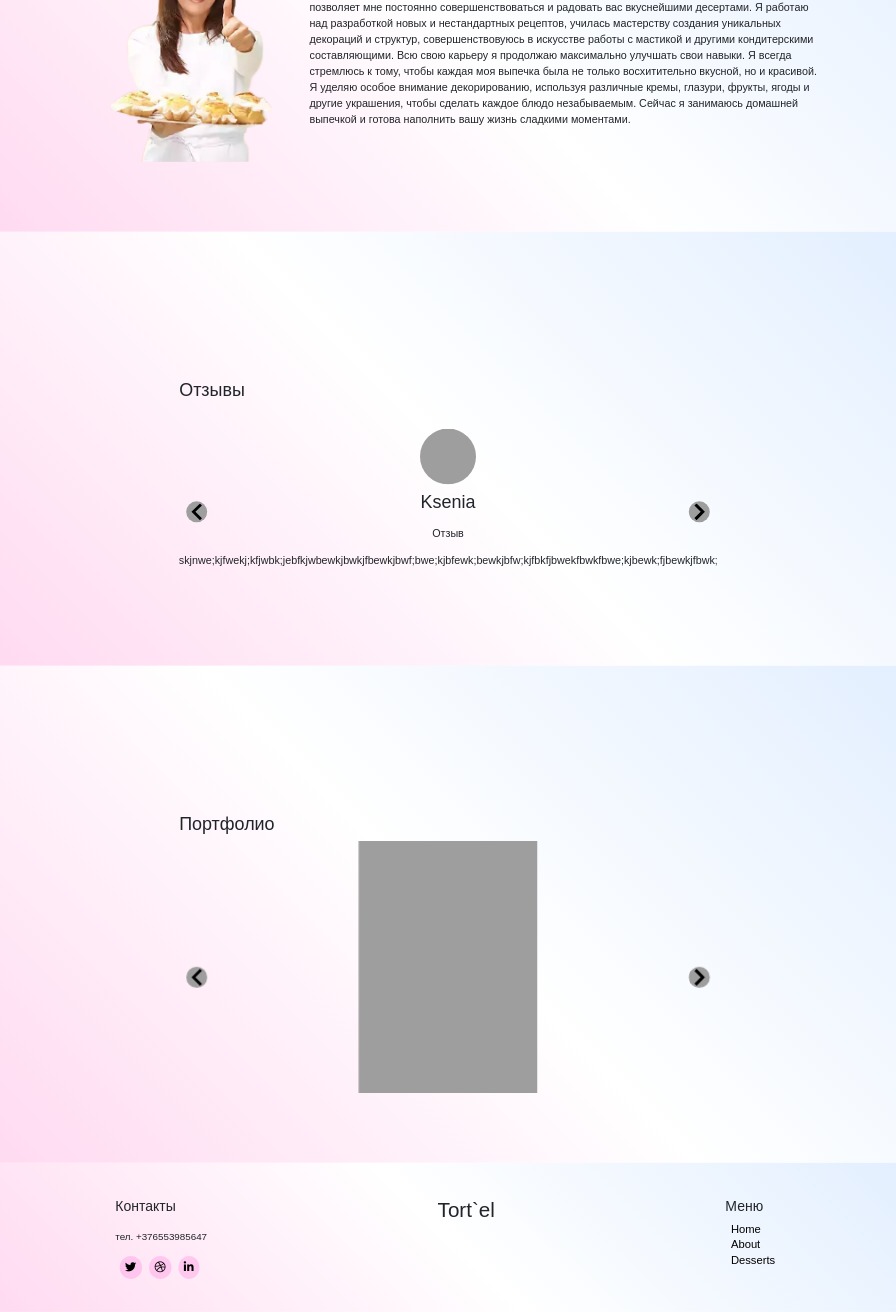
Repository: KseniaEryze/DiplomToday
Page: /about
An editor plug-in stored every save of this project. The page is shown before and after the next save, followed by the edit.
The browser window is 1280 px wide. The pictures show the part of the page from y = 753 to 2673 px (the page is 2627 px tall before and 2673 px after), at 70% of full size.
Pictures or frames that could not be fetched are drawn as grey boxes. The page's requests for data from a server got no answer. The project was rebuilt for these pictures with package versions that can differ from the ones it lists, and the page was loaded fresh each time. No one was signed in, and anything a server would have sent is missing. Also part of the build but not shown: src/App.css, src/components/Categories/categories.css, src/components/Categories/Categories.jsx, src/pages/Desserts/css/main.css, src/pages/Desserts/Calculation.jsx, src/components/Popap/modal.css, src/components/Popap/ItemPoap.jsx, src/components/ItemProduct/item.css and 16 more.

Above is the page before, as saved 2024-09-10 00:24:13.

### public/index.html
<!DOCTYPE html>
<html lang="en">
  <head>
    <meta charset="utf-8" />
    <link rel="stylesheet" href="https://stackpath.bootstrapcdn.com/bootstrap/4.1.3/css/bootstrap.min.css" integrity="sha384-MCw98/SFnGE8fJT3GXwEOngsV7Zt27NXFoaoApmYm81iuXoPkFOJwJ8ERdknLPMO" crossorigin="anonymous">
    <link rel="stylesheet" href="https://cdnjs.cloudflare.com/ajax/libs/font-awesome/5.15.1/css/all.min.css" integrity="sha512-+4zCK9k+qNFUR5X+cKL9EIR+ZOhtIloNl9GIKS57V1MyNsYpYcUrUeQc9vNfzsWfV28IaLL3i96P9sdNyeRssA==" crossorigin="anonymous" />

    <link rel="icon" href="%PUBLIC_URL%/favicon.ico" />
    <meta name="viewport" content="width=device-width, initial-scale=1" />
    <meta name="theme-color" content="#000000" />
    <meta
      name="description"
      content="Web site created using create-react-app"
    />
    <link rel="apple-touch-icon" href="%PUBLIC_URL%/logo192.png" />
    <!--
      manifest.json provides metadata used when your web app is installed on a
      user's mobile device or desktop. See https://developers.google.com/web/fundamentals/web-app-manifest/
    -->
    <link rel="manifest" href="%PUBLIC_URL%/manifest.json" />
    <!--
      Notice the use of %PUBLIC_URL% in the tags above.
      It will be replaced with the URL of the `public` folder during the build.
      Only files inside the `public` folder can be referenced from the HTML.

      Unlike "/favicon.ico" or "favicon.ico", "%PUBLIC_URL%/favicon.ico" will
      work correctly both with client-side routing and a non-root public URL.
      Learn how to configure a non-root public URL by running `npm run build`.
    -->
    <title>React App</title>
  </head>
  <body>
    <noscript>You need to enable JavaScript to run this app.</noscript>
    <div id="root"></div>
    <!--
      This HTML file is a template.
      If you open it directly in the browser, you will see an empty page.

      You can add webfonts, meta tags, or analytics to this file.
      The build step will place the bundled scripts into the <body> tag.

      To begin the development, run `npm start` or `yarn start`.
      To create a production bundle, use `npm run build` or `yarn build`.
    -->
  </body>
</html>

### src/index.js
import React from 'react';
import ReactDOM from 'react-dom/client';
import './index.css';
import App from './App';
import {BrowserRouter, BrowserRouter as Router} from 'react-router-dom'
import { Provider } from 'react-redux';
import {store}  from 'store';
import './firebase';
import Footer from 'Footer/Footer';




const root = ReactDOM.createRoot(document.getElementById('root'));
root.render(
  <React.StrictMode>
   <BrowserRouter>
    <Provider store = {store}>

          <App />
          <Footer></Footer>

    </Provider>
   </BrowserRouter>
</React.StrictMode>


);

### src/index.css

html, body, div, span, applet, object, iframe,
h1, h2, h3, h4, h5, h6, blockquote, pre,
a, abbr, acronym, address, big, cite, code,
del, dfn, em, img, ins, kbd, q, s, samp,
small, strike, strong, sub, sup, tt, var,
b, u, i, center,
dl, dt, dd, ol, ul, li,
fieldset, form, label, legend,
table, caption, tbody, tfoot, thead, tr, th, td,
article, aside, canvas, details, embed,
figure, figcaption, header, hgroup,
menu, nav, output, ruby, summary,
time, mark, audio, video {
	margin: 0;
	padding: 0;
	border: 0;
	/* font-size: 100%;
	font: inherit; */
	vertical-align: baseline;
}
article, aside, details, figcaption, figure,
footer, header, hgroup, menu, nav, section {
	display: block;
}
html {
	height: 100%;
}
body {
	line-height: 1;
}
ol, ul {
	list-style: none;
}
blockquote, q {
	quotes: none;
}
blockquote:before, blockquote:after,
q:before, q:after {
	content: '';
	content: none;
}
table {
	border-collapse: collapse;
	border-spacing: 0;
}
body {
  margin: 0;
  font-family: -apple-system, BlinkMacSystemFont, 'Segoe UI', 'Roboto', 'Oxygen',
    'Ubuntu', 'Cantarell', 'Fira Sans', 'Droid Sans', 'Helvetica Neue',
    sans-serif;
  -webkit-font-smoothing: antialiased;
  -moz-osx-font-smoothing: grayscale;
}

code {
  font-family: source-code-pro, Menlo, Monaco, Consolas, 'Courier New',
    monospace;
}

h1{
  padding: 20px 0;
  font-size: 4vw;
}
h2 ,h3 ,h4{
  padding: 10px 0;
  font-size: 2vw;
}
h3{
    font-size: 2.3vw;
}
h4{
    font-size:20px
}
p{
	font-size: 1.2vw;
	line-height: 1.8vw;

}

button a{
	color: aliceblue;
}

*{
	font-family: "Philosopher", sans-serif;
	font-weight: 400;
	font-style: normal;
}

.pagination-container {
    margin: 3vw 3vw;
}

section{}
@import url('https://fonts.googleapis.com/css2?family=Philosopher:ital,wght@0,400;0,700;1,400;1,700&display=swap');

@media(max-width: 500px) {
	h1{
        font-size: 7vw;
    }
}

@media(max-width: 900px) {
	h1{
        font-size: 5vw;
    }
}

### src/store/index.js
import { configureStore } from "@reduxjs/toolkit";
import userReducer from '../store/slices/userSlice'
import cakeReducer from '../store/slices/cakeSlice'


export const store = configureStore({
    reducer: {
        user: userReducer,
        cake: cakeReducer
    }
});

### src/firebase.js
import {initializeApp} from 'firebase/app'

const firebaseConfig = {
    apiKey: process.env.REACT_APP_FIREBASE_API_KEY,
    authDomain: process.env.REACT_APP_FIREBASE_AUTH_DOMAIN,
    projectId: process.env.REACT_APP_FIREBASE_PROJECT_ID,
    storageBucket: process.env.REACT_APP_FIREBASE_STORAGE_BUSCKET,
    messagingSenderId: process.env.REACT_APP_FIREBASE_MESSAGING_SENGER_ID,
    appId: process.env.REACT_APP_FIREBASE_APP_ID
}

const app = initializeApp(firebaseConfig)

### src/Footer/Footer.jsx
import React from 'react'
import { Link } from 'react-router-dom'
import './footer.css'

function Footer() {
  return (

    <footer>
      <div className='footer'>
      <div> <h4>Контакты</h4>
        <div>
          <p>тел.   +376553985647</p>

          <ul class="social-icons">
            <li><a class="twitter" href="#"><i class="fab fa-twitter"></i></a></li>
            <li><a class="dribbble" href="#"><i class="fab fa-dribbble"></i></a></li>
            <li><a class="linkedin" href="#"><i class="fab fa-linkedin-in"></i></a></li>
          </ul>
        </div>
      </div>


      <div>
        <h3>Tort`el</h3>
      </div>
      <div>
        <h4>Меню</h4>
        <ul>
             <li>
                 <Link to="/">Home</Link>
             </li>
             <li>
               <Link to="/about">About</Link>
             </li>
             <li>
                 <Link to="/desserts">Desserts</Link>
             </li>

         </ul>

      </div>
       </div>
    </footer>

  )
}

export default Footer

### src/pages/About/About.jsx
import React from 'react'
import photo from '../About/img/photo.png'
import Slider from 'components/Slider/Slider';
import '../../components/Slider/main.css'

import Footer from 'Footer/Footer';
import './about.css'
import Gallery from 'components/Galery/Gallery';
function About() {


  return (

    <div className='wrapper-about'>
        <div className='about-header'>
            <h1>О нас</h1>
            <p>Описаие нас и наших преимуществ</p>
        </div>

        <section className='wrapper-about_info'>
            <img src={photo}></img>
            <div>
                <h3>Немного обо мне</h3>
                <p> Меня зовут Татьяна, я являюсь опытным кондитером с более чем десятью годами успешной практики в этой замечательной профессии. Моя страсть к кондитерскому искусству началась еще в детстве и позволяет мне постоянно совершенствоваться и радовать вас вкуснейшими десертами.
                    Я работаю над разработкой новых и нестандартных рецептов, училась мастерству создания уникальных декораций и структур, совершенствовуюсь в искусстве работы с мастикой и другими кондитерскими составляющими. Всю свою карьеру я продолжаю максимально улучшать свои навыки.
                    Я всегда стремлюсь к тому, чтобы каждая моя выпечка была не только восхитительно вкусной, но и красивой. Я уделяю особое внимание декорированию, используя различные кремы, глазури, фрукты, ягоды и другие украшения, чтобы сделать каждое блюдо незабываемым. Сейчас я занимаюсь домашней выпечкой и готова наполнить вашу жизнь сладкими моментами.
                </p>
            </div>

        </section>

        <section>
        <div className='wrapper-center'>
             <Slider></Slider>
        </div>


        </section>

        <section>

            <div className='wrapper-center'>
                <Gallery></Gallery>
            </div>
        </section>





    </div>

  )
}

export default About

### src/Header/Header.jsx
import React, { useState } from 'react'
import { Link } from 'react-router-dom'
import logo from './img/logoBlack.png'
import './header.css'
import menu from './img/hamburger.png'

function Header() {
  const [accountAuth, setAccountAuth] = useState(false)
  const [isOpen, setIsOpen] = useState()
  return (
    <div className='header'>

      <div className='logo'>
          <img  src={logo}/>
      </div>

      <nav className={`header_nav ${isOpen ? `active` : ``}`}>
          <ul className='header_nav-list'>
             <li className='header_nav-item'>
                 <Link to="/">Главная</Link>
             </li>

             <li className='header_nav-item'>
               <Link to="/about">О нас</Link>
             </li>

             <li className='header_nav-item'>
               <Link to="/contacts">Контакты</Link>
             </li>
              <li className='header_nav-item wrapper-login'>
                <Link to="/register" accountAuth={accountAuth}>Регистрация</Link>
              </li>
              <li className='header_nav-item'>
                <Link to="/login"> Авторизация </Link>
              </li>
            </ul>
         </nav>
         <button className='header_menu-button' onClick={() => setIsOpen(!isOpen)}></button>
     </div>
   )
 }

 export default Header

### src/Footer/footer.css
li{
    padding: 3px 0px;
}
.social-icons {
    text-align: right;
    display: flex;
    justify-content: flex-start;
    align-items: center;
    }
 .social-icons a {
    width: 40px;
    height: 40px;
    line-height: 40px;
    margin-right: 10px;
    border-radius: 100%;
    background-color: #ff5ed73d;

    }

    .social-icons:nth-child(n + 2){
        margin-left: 6px;
    }

    footer p {
        margin: 10px 0 ;
        font-size: 14px;
    }
    footer{
        padding: 20px 0;
    }

### src/components/Slider/Slider.jsx
import React from 'react';
import { Fade } from 'react-slideshow-image';
import 'react-slideshow-image/dist/styles.css'
import './main.css'

function Slider() {
    // const [people, setPeople] = useState(props)
    // const [index, setIndex] = useState(0)
const fadeImages = [
  {
    url: 'https://images.unsplash.com/photo-1509721434272-b79147e0e708?ixlib=rb-1.2.1&ixid=eyJhcHBfaWQiOjEyMDd9&auto=format&fit=crop&w=1500&q=80',
    caption: 'Tatiana',
    namePeople:'Отзыв',
    quole: "dn;skjnwe;kjfwekj;kfjwbk;jebfkjwbewkjbwkjfbewkjbwf;bwe;kjbfewk;bewkjbfw;kjfbkfjbwekfbwkfbwe;kjbewk;fjbewkjfbwk;fke"
  },
  {
    url: 'https://images.unsplash.com/photo-1506710507565-203b9f24669b?ixlib=rb-1.2.1&ixid=eyJhcHBfaWQiOjEyMDd9&auto=format&fit=crop&w=1536&q=80',
    caption: 'Ksenia',
    namePeople:'Отзыв',
    quole: "dn;skjnwe;kjfwekj;kfjwbk;jebfkjwbewkjbwkjfbewkjbwf;bwe;kjbfewk;bewkjbfw;kjfbkfjbwekfbwkfbwe;kjbewk;fjbewkjfbwk;fke"

  },
  {
    url: 'https://images.unsplash.com/photo-1536987333706-fc9adfb10d91?ixlib=rb-1.2.1&ixid=eyJhcHBfaWQiOjEyMDd9&auto=format&fit=crop&w=1500&q=80',
    caption: 'Maks',
    namePeople:'Отзыв',
    quole: "dn;skjnwe;kjfwekj;kfjwbk;jebfkjwbewkjbwkjfbewkjbwf;bwe;kjbfewk;bewkjbfw;kjfbkfjbwekfbwkfbwe;kjbewk;fjbewkjfbwk;fke"

  },
];

  return (
    <div className="slide-container">
        <h2>Отзывы</h2>
      <Fade>
        {fadeImages.map((fadeImage, index) => (
          <div className='wrapper-slide' key={index}>
            <img className='slide-imade' src={fadeImage.url} />
            <h2>{fadeImage.caption}</h2>
            <p>{fadeImage.namePeople}</p>
            <p>{fadeImage.quole}</p>
          </div>
        ))}
      </Fade>
    </div>
  )
}

export default Slider

### src/components/Slider/main.css
.wrapper-slide{
    display: flex;
    justify-content: center;
    flex-direction: column;
    align-items: center;

    padding: 30px;
}
button{
    padding: 0%;
    margin: 0;
}

.react-slideshow-container .default-nav:last-of-type {
    margin-left: -30px;
    background: rgb(0, 0, 0);
}

.wrapper-slide p{
    margin: 8px;
    padding: 0px;
}
.slide-imade{
    width: 80px;
    height: 80px;
    border-radius: 100%;
}

.react-slideshow-container .default-nav:last-of-type {
    margin-left: -30px;

    /* background: url(./img/icons8-стрелка-100\ \(2\).png) no-repeat; */
}

.react-slideshow-container .default-nav:first-of-type {

    /* background: url(./img/icons8-стрелка-100\ \(3\).png)no-repeat; */
}
/* .react-slideshow-container {
    background-color: black;
    color: aliceblue;
} */
.slide-container button{

    padding: 0px 0px;
    margin-right: 10px;
    margin-top: 30px;
}

### src/pages/About/about.css


.about-header{
    width: 100%;
    height: 500px;
    background: url('../Home/img/tort-muss-iagody-malina-rozy-desert.jpg') no-repeat;
    background-size: cover;


    display: flex;
    justify-content: center;
    flex-direction: column;
    padding-left: 15vw;
}

.wrapper-about_info h1{
    margin: 30px 0px;


}
.wrapper-about_info p{
    margin: 30px 0px;

}



.wrapper-about_info{
     display: flex;
    justify-content: space-around;
    align-items: center;
    padding: 100px;
}



.wrapper-about_info img{
    width: 40vw;
    height: 30vw;
}

### src/components/Galery/Gallery.jsx
import React from 'react';
import { Fade } from 'react-slideshow-image';
import 'react-slideshow-image/dist/styles.css'
import './main.css'
import ho from "../../pages/About/img/tort1.png"

const images = [
    {
      src: ho,
     },
    {
        src: "https://klike.net/uploads/posts/2023-02/1675842942_3-315.jpg",

    },
    {
        src: "https://klike.net/uploads/posts/2023-02/1675842942_3-315.jpg",

    },
  ];

function Gallery() {
  return (
    <div className="slide-container">
        <h2>Портфолио</h2>
      <Fade>
        {images.map((fadeImage, index) => (
          <div className='wrapper-gallery' key={index}>
            <img className='slide-image' src={fadeImage.src} />

          </div>
        ))}
      </Fade>
    </div>
  )
}

export default Gallery

### src/Header/header.css

.header{
    position: fixed;
    left: 0;
    top: 0;
    display: flex;
    align-items: center;
    width: 100%;
    padding: 0px 20px;
    height: 50px;
    background-color: white;
    box-shadow: 0 0 4px 4px rgba(136, 136, 136, 0.322);
    z-index: 1;
    color: black;
}

.header_nav{
    margin-left: auto;
    margin-right: 50px;
}

.header_nav-list{
    display: flex;
    list-style: none;
}

.header_nav-item{
    font-size: 14px;
    line-height: 1;
    color: black;
}

.header_nav-item:nth-child(n + 2){
    margin-left: 20px;
}

.header_menu-button{
    display: none;
}

@media(max-width: 576px){
.header_nav.active{
        transform: translateX(225px);
    }

    .header_nav{
        position: fixed;
        top: 0;
        left: -225px;
        display: flex;
        flex-direction: column;
        width:225px;
        height: 100%;
        background-color: white;
        border-radius: 16px 0 16px 0;
        transition-timing-function: linear;
    };

    .header_nav-list{
        display: flex;
        list-style: none;
    }

    .header_nav-list{
        flex: 1;
        display: flex;
        flex-direction: column;
        padding-top: 40px;
        padding-left: 60px;
    }

    .header_nav-item{
        margin: 10px 0px;
    }
    .header_nav-item:nth-child(n + 2){
        margin-left: 0;
    }

    .header_menu-button{
        display: block;
        margin: 0 11vw 0 auto;
        width: 24px;
        height: 24px;
        background-image: url(./img/hamburger.png);
        padding: 0;
        border: 0;
    }

}

### src/pages/Home/main.css
.footer{
    width: 100%;
    display: flex;
    justify-content: space-around;
    align-items: start;
    margin: 0;
    padding: 20px 0;
}
section{
    padding-top: 100px;
}
section, footer{
    background: -webkit-linear-gradient(45deg, rgb(255, 218, 241), rgb(255, 255, 255), rgb(227, 239, 255));
    background: -moz-linear-gradient(45deg, rgb(255, 218, 241), rgb(255, 255, 255), rgb(227, 239, 255));
    background: linear-gradient(45deg, rgb(255, 218, 241), rgb(255, 255, 255), rgb(227, 239, 255));



}
button{
    border: none;
    background-color: #362361cc;
    /* #928d3c */
    color: white;
    padding: 15px 30px;
    margin-right: 10px;

}
.block_header{
    background: url('./img/tort-muss-iagody-malina-rozy-desert.jpg') no-repeat;
    background-size: cover;
    height: 600px;
    padding-top: 0;

    display: flex;
    justify-content: start;
    align-items: center;
}

.block_header-info{
    margin-left: 200px;

}



.category{
    display: flex;
    justify-content: center;
    align-items: center;
    flex-direction: column;

}

.category_list{
    display: flex;
    justify-content: center;

    margin: 0 100px;

}




.advantages{
    display: flex;
    justify-content: center;
    align-items: center;


    background: -webkit-linear-gradient(45deg, rgb(255, 218, 241), rgb(255, 255, 255),rgb(255, 218, 241) rgb(227, 239, 255));
    background: -moz-linear-gradient(45deg, rgb(255, 218, 241), rgb(255, 255, 255), rgb(227, 239, 255));
    background: linear-gradient(120deg, rgb(255, 218, 241), rgb(255, 255, 255), rgb(227, 239, 255));

}
.advantages .order{
    background: url('./img/Без\ имени-1.png') no-repeat;
    background-size: cover;
    width: 380px;
    height: 415px;

}
.advantages p{
     word-wrap:break-word
}
.order{

    color: black;
    display: flex;
    justify-content: center;
    align-items: center;
    flex-direction: column;
    margin-left: 100px;
}

.description-list_point{
    display: flex;

    align-items: center;
}
.description-list_point img{
    margin-right: 25px;
    width: 50PX;
}



.tabs_wrapper{
    display: flex;
    justify-content: center;
    align-items: center;
    width: 100%;
}



.footerLogo{
    width: 200px;
}


.block_header-info{
    color: rgb(41, 41, 41);
}
@media (max-width: 800px) {
.calculation{
    display:none;
    visibility: hidden;
}
.wrapper-home{
    width: 100vw;
}
.menu{
    display: none;
}
}

@media(max-width: 500px){
    .block_header-info{
        margin-left: 15vw;
    }
   .block_header{
        height: 400px;
   }
}

### src/components/Authorization/main.css
.wrapper-center, .authorization-form {
    display: flex;
    justify-content: center;
    flex-direction: column;
}
.wrapper-center{
    padding-top: 100px;
    align-items: center;
    width: 100%;
    padding-bottom: 100px;
}
.authorization-form {
   width: 35vw;
}
input{

    padding: 2vh 3vw;
    margin: 5px;
}
button{
	margin: 20px 10px;
    padding: 1vh 2vw;
}

### src/Admin/page/adminMain.css
header,
main {
  padding-left: 240px;
}

body {
  background: white;
}

@media only screen and (max-width: 992px) {
  header,
  main,
  footer {
    padding-left: 0;
  }
}
a{
    text-decoration: none;
}

#credits li,
#credits li a {
  color: white;
}

#credits li a {
  font-weight: bold;
}

.footer-copyright .container,
.footer-copyright .container a {
  color: #BCC2E2;
}

.fab-tip {
  position: fixed;
  right: 85px;
  padding: 0px 0.5rem;
  text-align: right;
  background-color: #323232;
  border-radius: 2px;
  color: #FFF;
  width: auto;
}


.main {
  height: 400px;
  padding: 10px;
}

.dropdown_button {
  border: none;
  cursor: pointer;
  width: 200px;
  font-family: montserrat;
  border: 1px solid #ffffff;
}

.courses {
  display: none;
  position: absolute;
  background-color: #f1f1f1;
  min-width: 200px;
  box-shadow: 0px 8px 16px 0px rgba(0, 0, 0, 0.2);
  z-index: 1;
}

.courses li {

  text-decoration: none;
  display: block;
  list-style: none;
  background-color: rgb(47, 47, 47);
  font-family: montserrat;
  border: 1px solid white;
}

.courses li a {
  text-decoration: none;
  color: white;
  display: block;
  padding: 5px;
}

.courses li:hover {
  background-color: #0979ad;
  color: white;
}

.admin-form{
  display: flex;
  justify-content: center;
  flex-direction: column;
  align-items: center;
  margin-top: 80px;
}

.admin-text_item{
  width: 300px;
  display: flex;
  justify-content: space-around;
  align-items: center;
  margin: 10px;
}

.admin-text_item input,label{
  width: 80px;
  margin: 5px;
}
.wrapper-adminPage{
  display: flex;
  margin: 20px;
  border: 1px solid rgba(0, 0, 0, 0.158);
  padding-right: 50px;

  border-radius: 30px ;
}


.wrapper-adnin_categorisMenu{
  display: flex;
  justify-content: space-between ;
}

### src/components/Galery/main.css
.wrapper-gallery{
    display: flex;
    justify-content: center;
    align-items: center;
}
.slide-container{
    width: 60%;

}
.slide-image{
    width: 20vw;
    height: 50vh;

}

.react-slideshow-container .default-nav:last-of-type {
    margin-left: -40px;

    background: url(../Slider/img/icons8-стрелка-100\ \(2\).png) no-repeat;
}

.react-slideshow-container .default-nav:first-of-type {
    background: url(../Slider/img/icons8-стрелка-100\ \(3\).png);
}

### src/Admin/page/AdminHeader/header.css

.menu{
    display: flex;
    justify-content: space-around;
    align-items: center;
}

.menu li,a{
    list-style: none;
    text-decoration: none;
    padding: 8px;
    color: rgb(0, 0, 0);
}

.admin-wrapper_menu{
    margin-right: 100px;
    background-color: #36236156;
    color: rgb(41, 41, 41);
    border-radius: 30px 0px 0px 30px;
    padding: 30px;
    width: 12vw;
}
/* .admin-wrapper_menu li{
    border: 1px solid black;
} */

.wrapper-content{
    padding: 70px;
}

Loaded but not shown: src/App.js (38 lines, source omitted); src/store/slices/cakeSlice.js (32 lines, source omitted); src/store/slices/userSlice.js (33 lines, source omitted)

After the next save:
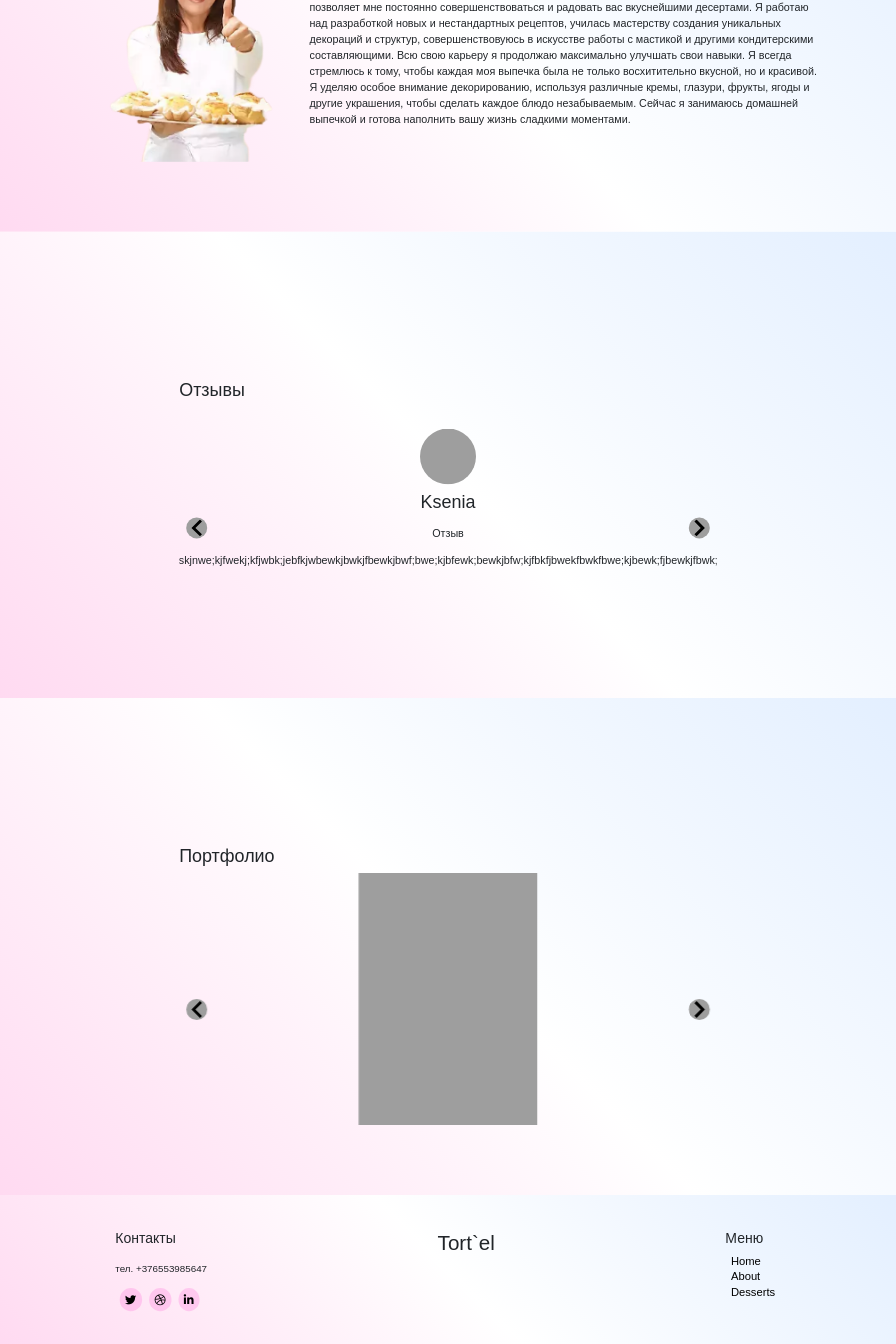
Saved 12 h 57 min later.
--- a/src/components/Slider/Slider.jsx
+++ b/src/components/Slider/Slider.jsx
@@ -11,7 +11,7 @@ const fadeImages = [
     url: 'https://images.unsplash.com/photo-1509721434272-b79147e0e708?ixlib=rb-1.2.1&ixid=eyJhcHBfaWQiOjEyMDd9&auto=format&fit=crop&w=1500&q=80',
     caption: 'Tatiana',
     namePeople:'Отзыв',
-    quole: "dn;skjnwe;kjfwekj;kfjwbk;jebfkjwbewkjbwkjfbewkjbwf;bwe;kjbfewk;bewkjbfw;kjfbkfjbwekfbwkfbwe;kjbewk;fjbewkjfbwk;fke"
+    quole: "Я заказывала торт на день рождения у этого кондитера и осталась очень довольна! Торт был не только красиво оформлен, но и вкусный до последней крошки. Спасибо за отличное качество и профессиональный подход!"
   },
   {
     url: 'https://images.unsplash.com/photo-1506710507565-203b9f24669b?ixlib=rb-1.2.1&ixid=eyJhcHBfaWQiOjEyMDd9&auto=format&fit=crop&w=1536&q=80',
